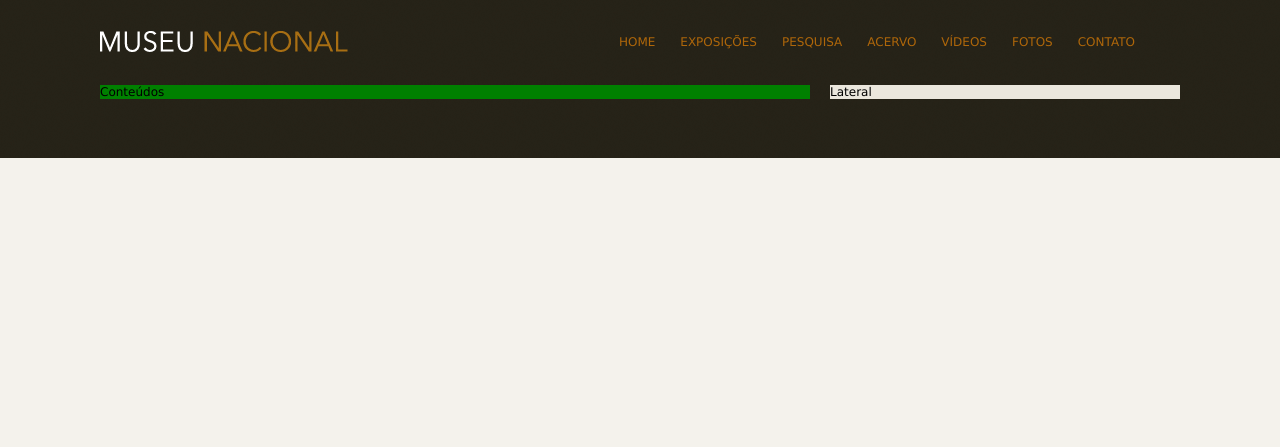
Repository: GustavoScopinho/Museu-Nacional
Page: index.html
These files come from the project's save history. The page is drawn as it stood at one moment and after the next save; the edit follows.
The browser window is 1280 px wide. The pictures show the whole page.

Above is the page before, as saved 2022-07-05 01:00:39.

After the next save:
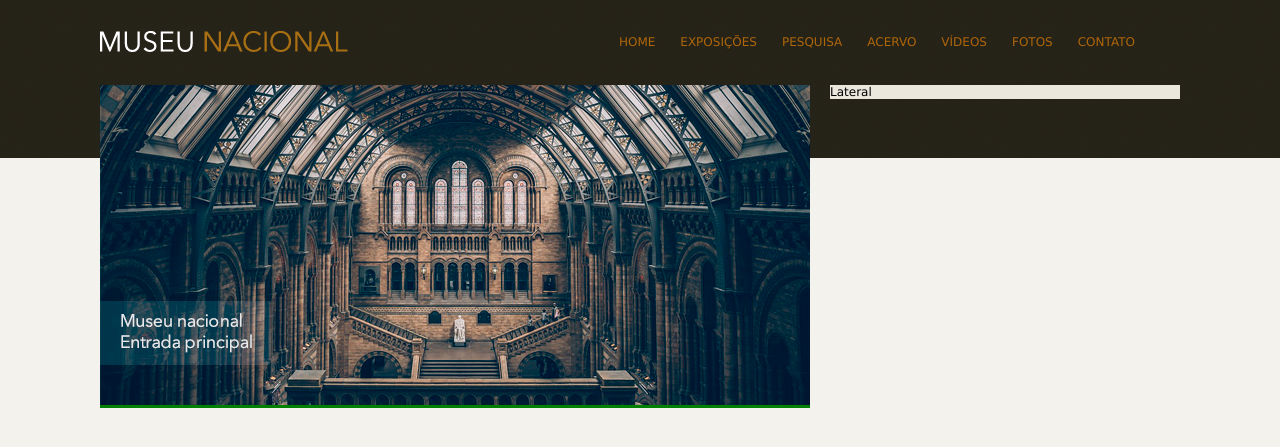
Saved 2 min 15 s later.
--- a/index.html
+++ b/index.html
@@ -30,7 +30,10 @@
       </header>
       <div id="principal">
         <div id="conteudo">
-          Conteúdos
+          <section id=" capa">
+            <img src="img/museu.png">
+
+          </section>
         </div>
       <aside>
         Lateral
